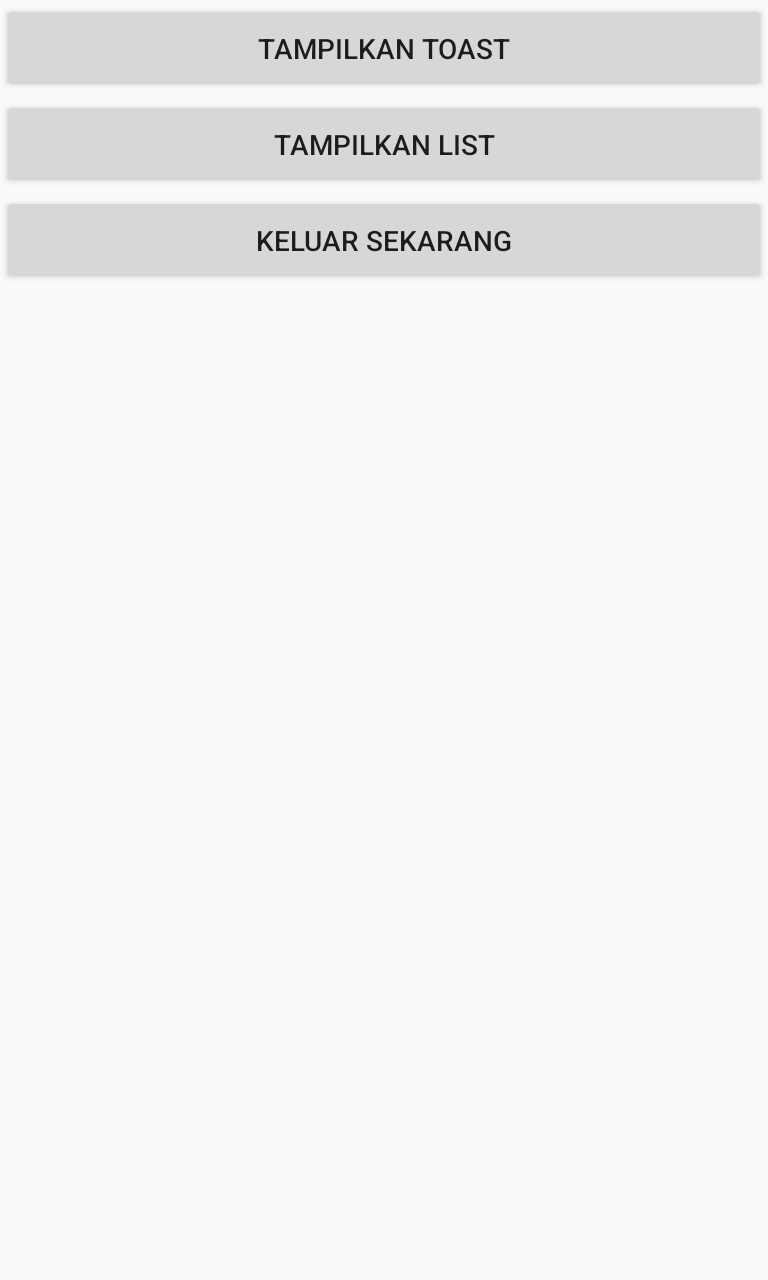
Repository: fitrahyusuf/FITRAH
Layout: MembuatAlerDialog/res/layout/main.xml
The author's editor kept a copy of each file at every save. The layout is drawn from the files as they stood at one save, then again after the next save.
It is drawn on a 768 x 1280 px phone screen (xhdpi) without system bars, with theme AppTheme; the app's code is not run.

Above is the layout before, as saved 2015-05-06 08:28:26.

### MembuatAlerDialog/res/layout/main.xml
<?xml version="1.0" encoding="utf-8"?>
<LinearLayout xmlns:android="http://schemas.android.com/apk/res/android"
    android:layout_width="fill_parent"
    android:layout_height="fill_parent"
    android:orientation="vertical" >
    <Button
        android:id="@+id/toast"
        android:layout_width="fill_parent"
        android:layout_height="wrap_content"
        android:text="Tampilkan Toast" >
    </Button>

    <Button
        android:id="@+id/listDialog"
        android:layout_width="fill_parent"
        android:layout_height="wrap_content"
        android:text="Tampilkan List"
        >
    </Button>

    <Button
        android:id="@+id/exit"
        android:layout_width="fill_parent"
        android:layout_height="wrap_content"
        android:text="Keluar sekarang" >
    </Button>

</LinearLayout>

Loaded but not shown: MembuatAlerDialog/res/values/styles.xml (common file); MembuatAlerDialog/res/values-v11/styles.xml (common file); MembuatAlerDialog/res/values-v14/styles.xml (common file)

After the next save:
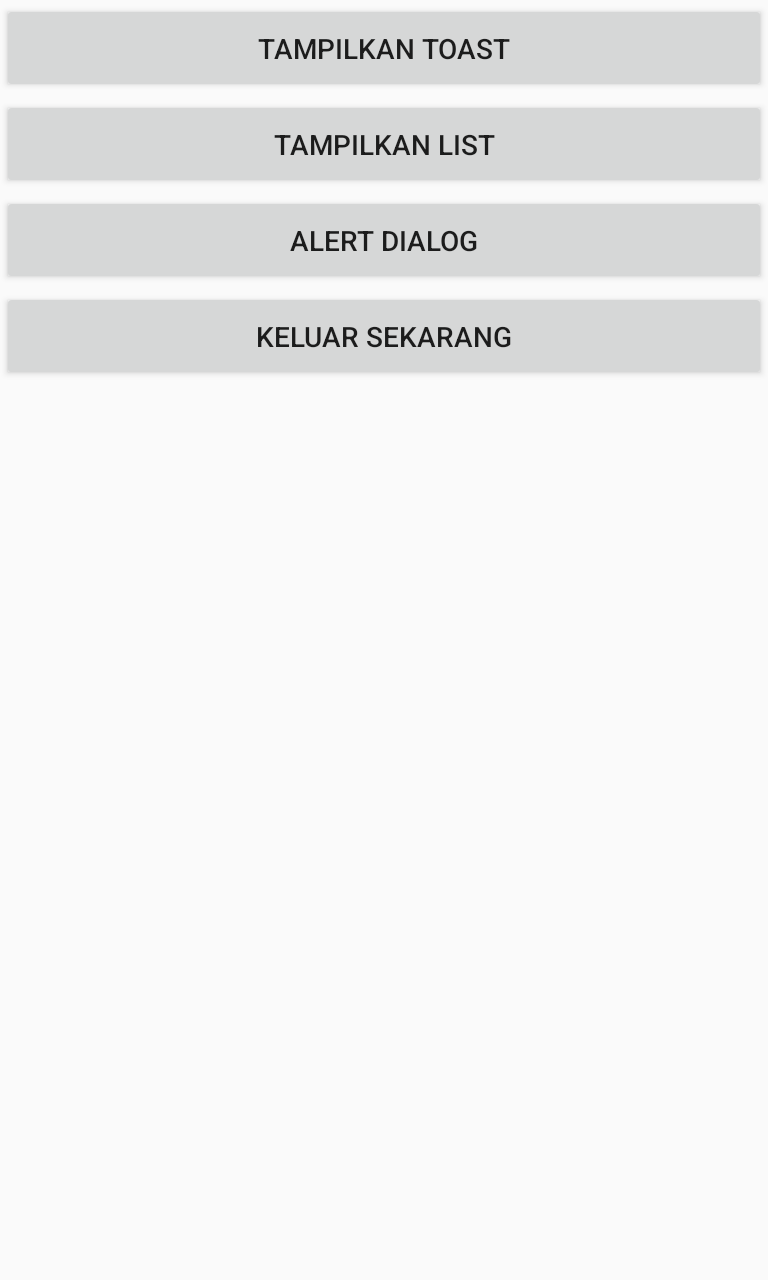
Saved 2 min 22 s later.
--- a/MembuatAlerDialog/res/layout/main.xml
+++ b/MembuatAlerDialog/res/layout/main.xml
@@ -18,6 +18,17 @@
         >
     </Button>
 
+
+    <Button
+        android:id="@+id/alertDialog"
+        android:layout_width="fill_parent"
+        android:layout_height="wrap_content"
+        android:text="Alert Dialog"
+        >
+
+    </Button>
+
+
     <Button
         android:id="@+id/exit"
         android:layout_width="fill_parent"
